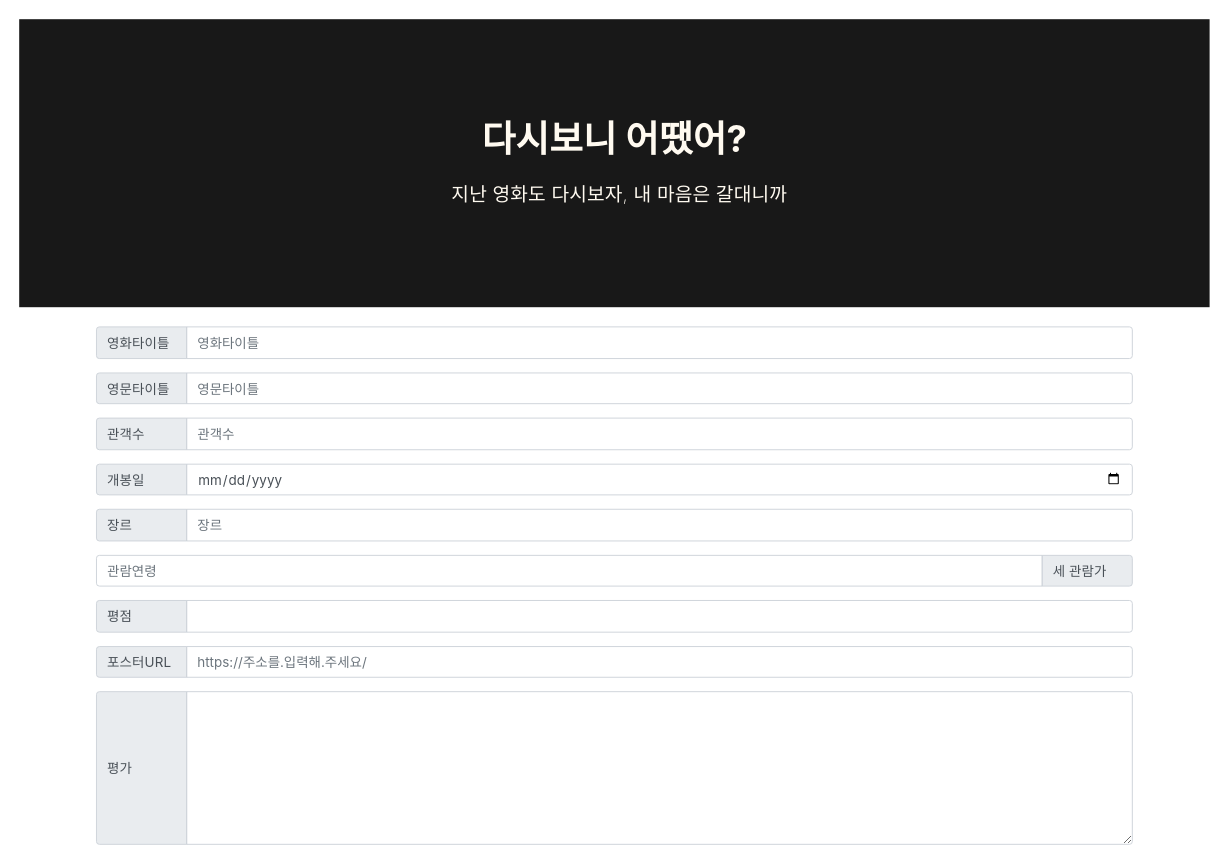
Repository: JungSWon/Project
Page: templates/edit.html
The author's editor kept a record of every edit. The page is drawn from the files as they stood at one moment, then again after the next edit.
The browser window is 1280 px wide. The pictures show the whole page, at 96% of full size.
Some web libraries are served in a nearby version. The template is drawn by Flask 3. The application's start-up code is not run. Other server files are loaded and not shown. The template is opened directly, without the code that normally fills it, so the values that code supplies are empty.

Above is the page before.

### 04_CRUD/templates/edit.html
<!DOCTYPE html>
<html lang="ko">
<head>
    <meta charset="UTF-8">
    <meta name="viewport" content="width=device-width, initial-scale=1.0">
    <meta http-equiv="X-UA-Compatible" content="ie=edge">
    <link rel="stylesheet" href="https://stackpath.bootstrapcdn.com/bootstrap/4.2.1/css/bootstrap.min.css" integrity="sha384-GJzZqFGwb1QTTN6wy59ffF1BuGJpLSa9DkKMp0DgiMDm4iYMj70gZWKYbI706tWS" crossorigin="anonymous">
    <script src="https://code.jquery.com/jquery-3.3.1.slim.min.js" integrity="sha384-q8i/X+965DzO0rT7abK41JStQIAqVgRVzpbzo5smXKp4YfRvH+8abtTE1Pi6jizo" crossorigin="anonymous"></script>
    <script src="https://cdnjs.cloudflare.com/ajax/libs/popper.js/1.14.6/umd/popper.min.js" integrity="sha384-wHAiFfRlMFy6i5SRaxvfOCifBUQy1xHdJ/yoi7FRNXMRBu5WHdZYu1hA6ZOblgut" crossorigin="anonymous"></script>
    <script src="https://stackpath.bootstrapcdn.com/bootstrap/4.2.1/js/bootstrap.min.js" integrity="sha384-B0UglyR+jN6CkvvICOB2joaf5I4l3gm9GU6Hc1og6Ls7i6U/mkkaduKaBhlAXv9k" crossorigin="anonymous"></script>
    <link href="https://fonts.googleapis.com/css?family=Gothic+A1:400,700,900|Roboto+Mono:400,500,700" rel="stylesheet">
    <link rel="stylesheet" type="text/css" href="/static/css/style.css" media="screen" />
    <title>list in DB</title>
</head>



<!-- title, title_en, audience, open_date, genre, watch_grade, score, poster_url, description-->
<!--
    <form action='/movies/{{m.id}}/update' method = "POST">
        <div class="form-group">
        title: <input type='text' name='title' value='{{m.title}}'><br>
        title_en: <input type='text' name='title_en' value='{{m.title_en}}'><br>
        audience: <input type='number' name='audience' min=0 value='{{m.audience}}'><br>

        open_date: <input type='date' name='open_date' value="{{m.open_date.strftime('%Y-%m-%d')}}"><br>
        genre: <input type='text' name='genre' value='{{m.genre}}'><br>
        watch_grade: <input type='text' name='watch_grade' value='{{m.watch_grade}}'><br>
        score: <input type='number' name='score' max=5 min=0 step=0.5 value='{{m.score}}'><br>
        poster_url: <input type='text' name='poster_url' value='{{m.poster_url}}'><br>
        description:<br> <textarea class="form-control" rows="5" name='description'>{{m.description}}</textarea>
        <br>
        </div>
        <button type="submit" class="btn btn-primary">Form Submit</button>
    </form>
-->






    <section id='cover'>
        <div class="container">
            <div class="col">
                <h3 class="cover-title">
                    다시보니 어땠어?
                </h3>
                <a class="cover-text"> 지난 영화도 다시보자, 내 마음은 갈대니까 </a>
            </div>
        </div>
    </section>


    <form action='/movies/{{m.id}}/update'  method = "POST">
        <div class="container">
            <div class="col">
            <!--아래로 코멘트 생성 -->
                <!--타이틀-->
                <div class="input-group mb-3">
                    <div class="input-group-prepend">
                        <span class="input-group-text" id="basic-addon1">영화타이틀</span>
                    </div>
                    <input type="text" class="form-control" placeholder="영화타이틀" value='{{m.title}}' name='title' aria-describedby="basic-addon1">
                </div>
                <!--영문타이틀-->
                <div class="input-group mb-3">
                    <div class="input-group-prepend">
                        <span class="input-group-text" id="basic-addon2">영문타이틀</span>
                    </div>
                    <input type="text" class="form-control" placeholder="영문타이틀" value='{{m.title_en}}' name='title_en' aria-label="Recipient's username" aria-describedby="basic-addon2">
                </div>
                <!--관객수-->
                <div class="input-group mb-3">
                    <div class="input-group-prepend">
                        <span class="input-group-text" id="basic-addon1">관객수</span>
                    </div>
                    <input type="number"  min=0 class="form-control" placeholder="관객수" value='{{m.audience}}' name='audience' aria-describedby="basic-addon1">
                </div>
                <!--개봉일-->
                <div class="input-group mb-3">
                    <div class="input-group-prepend">
                        <span class="input-group-text" id="basic-addon1">개봉일</span>
                    </div>
                    <input type="date" class="form-control" value="{{m.open_date.strftime('%Y-%m-%d')}}" name='open_date' aria-describedby="basic-addon1">
                </div>
                <!--장르-->
                <div class="input-group mb-3">
                    <div class="input-group-prepend">
                        <span class="input-group-text" id="basic-addon2">장르</span>
                    </div>
                    <input type="text" class="form-control" placeholder="장르" value='{{m.genre}}' name='genre' aria-label="Recipient's username" aria-describedby="basic-addon2">
                </div>
                <!--관람연령-->
                <div class="input-group mb-3">
                    <input type="text" class="form-control" placeholder="관람연령"  value='{{m.watch_grade}}' name='watch_grade' aria-label="Recipient's username" aria-describedby="basic-addon2">
                    <div class="input-group-append">
                        <span class="input-group-text" id="basic-addon2">세 관람가</span>
                    </div>
                </div>
                <!--별점-->
                <div class="input-group mb-3">
                    <div class="input-group-prepend">
                        <span class="input-group-text" id="basic-addon2">평점</span>
                    </div>
                    <input type="number" max=5 min=0 step=0.5 class="form-control" value='{{m.score}}' name='score' aria-label="Recipient's username" aria-describedby="basic-addon2">
                </div>
                <!--포스터URL-->
                <div class="input-group mb-3">
                    <div class="input-group-prepend">
                        <span class="input-group-text" id="basic-addon2"> 포스터URL</span>
                    </div>
                    <input type="text" class="form-control" placeholder="https://주소를.입력해.주세요/" value='{{m.poster_url}}' name='poster_url' aria-label="Recipient's username" aria-describedby="basic-addon2">
                </div>


                <!--평가-->
                <div class="input-group">
                    <div class="input-group-prepend">
                        <span class="input-group-text">평가</span>
                    </div>
                    <textarea class="form-control" name='description' rows='7' aria-label="With textarea">{{m.description}}</textarea>
                </div>
            <!--코멘트 인풋 그룹 끝-->

                <div align="right" class="show_btn" role="group" aria-label="Basic example" >

                </div>

            </div>
        </div>
    </form>









</body>
</html>

### 04_CRUD/static/css/style.css
html{
    font-size: 14px;
    font-family: 'Gothic A1', sans-serif;
    font-family: 'Roboto Mono', monospace;
    color: #181818;
    letter-spacing: 0.01em;
}

#cover{
    display: flex;
    justify-content: flex-start;
    align-items: center;
    margin: 20px;
    padding: 20px;
    height: 300px;
    background-size: cover;
    background-color: #181818;
    background-position: center center;
    color: floralwhite;
}

.cover-title{
    font-size: 38px;
    line-height: 1.15;
    font-weight: 700;
    margin-bottom: 20px;
    display: flex;
    justify-content: center;
}
.cover-text{
    font-size: 20px;
    line-height: 1.5;
    display: flex;
    justify-content: center;
    font-weight: 200;
    margin-left: 10px;
}
.btn{
    display: flex;
    justify-content: center;
    align-items: center;
    margin: 40px;
}


.input-group-text{
    width: 95px;
}

.fin .btn{
    height: 100%;
    margin: 0;
    padding: 0;
}

.jumbotron{
    margin-top: 50px;
}

.show_btn .btn{
    display: flex;
    justify-content: end;
    align-items: end;
}

After the next edit:
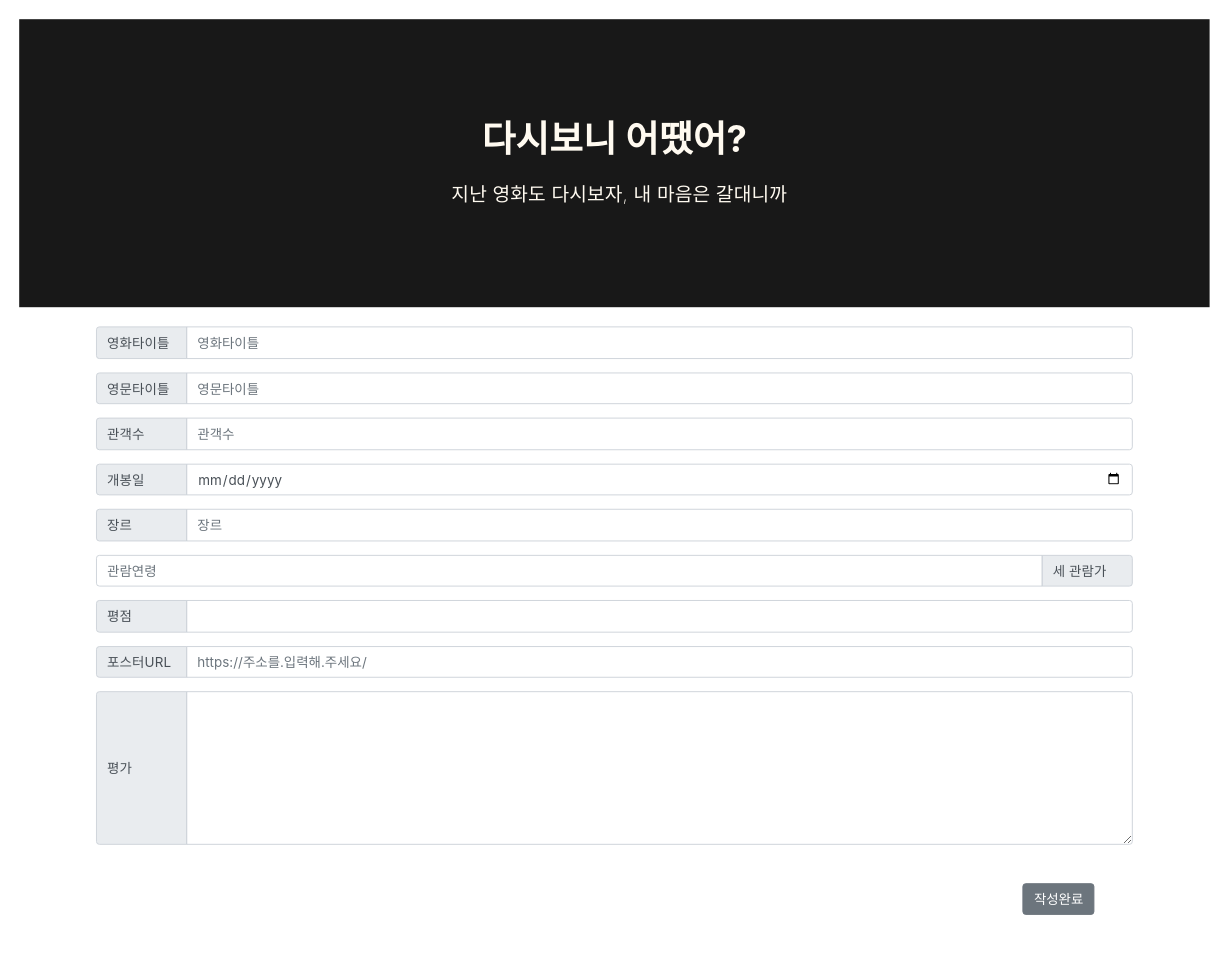
The edit:
--- a/04_CRUD/templates/edit.html
+++ b/04_CRUD/templates/edit.html
@@ -123,8 +123,8 @@
                 </div>
             <!--코멘트 인풋 그룹 끝-->
 
-                <div align="right" class="show_btn" role="group" aria-label="Basic example" >
-
+                <div align="right" class="fin_btn" role="group" aria-label="Basic example" >
+                    <button type="submit" class="btn btn-secondary">작성완료</button>
                 </div>
 
             </div>
